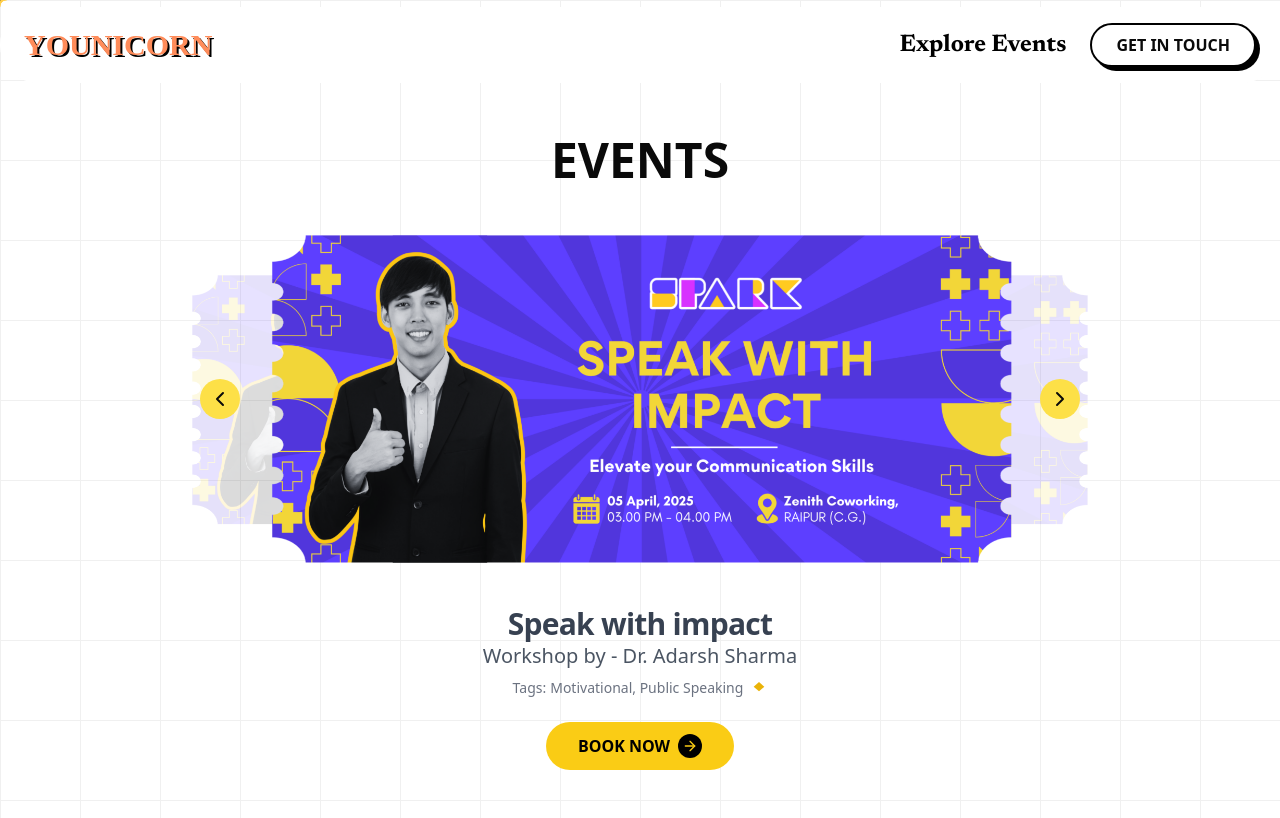
Repository: as-avni/dreamersite
Page: /events
These files come from the project's save history. The page is drawn as it stood at one moment and after the next save; the edit follows.
The browser window is 1280 px wide. The pictures show the whole page.
Some web fonts or font styles are not loaded; a fallback is used. The project was rebuilt for these pictures with package versions that can differ from the ones it lists, and the page was loaded fresh each time. The framework's server and built-in components were replaced by stand-ins that run in the browser. Also part of the build but not shown: next.config.ts.

Above is the page before, as saved 2025-03-27 17:34:45.

After the next save:
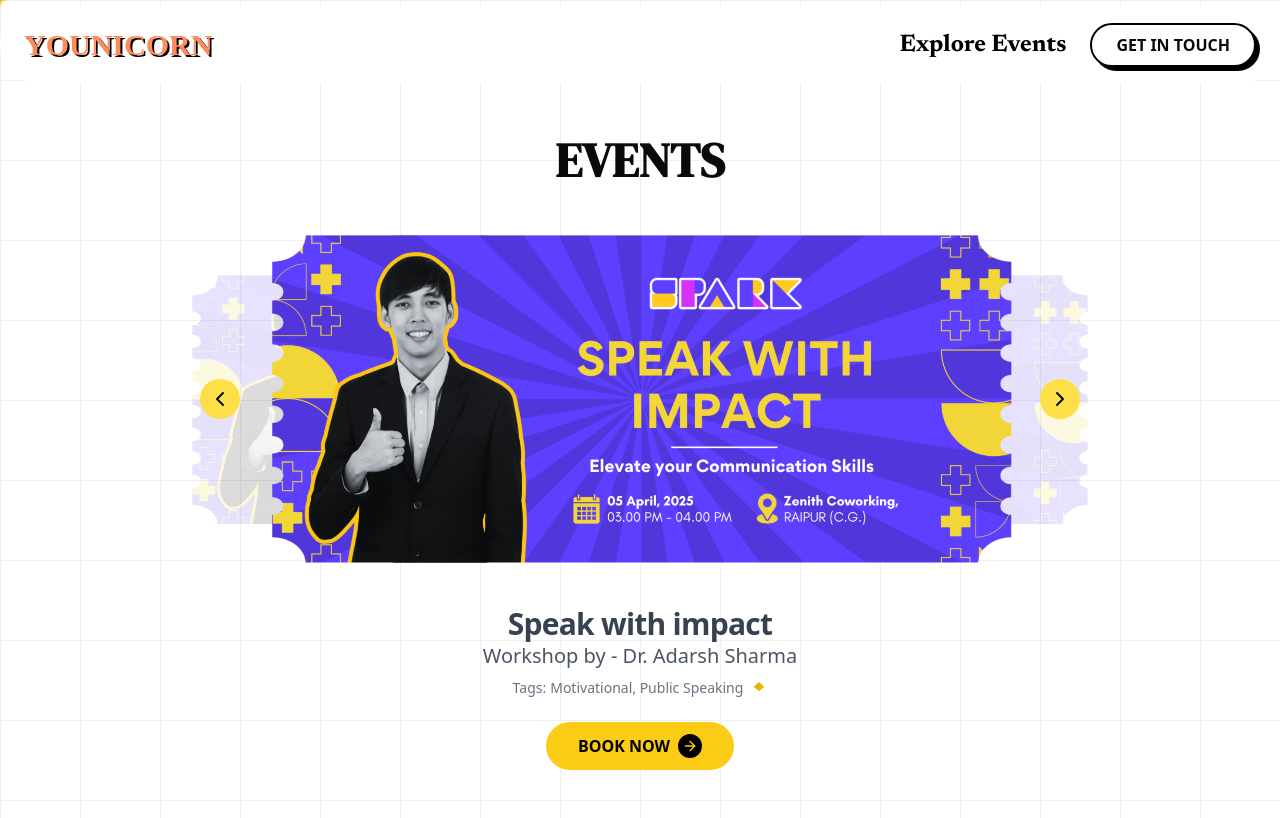
Saved 9 s later.
--- a/src/app/events/events-page.tsx
+++ b/src/app/events/events-page.tsx
@@ -51,7 +51,7 @@ return (
 
 
     {/* Events Heading */}8
-    <h1 className="text-5xl font-bold mt-20 font-">EVENTS</h1>
+    <h1 className="text-5xl font-bold mt-20 font-dmSerif">EVENTS</h1>
 
     {/* Event Carousel */}
     <div className="w-full max-w-4xl relative mb-8 my-10">
